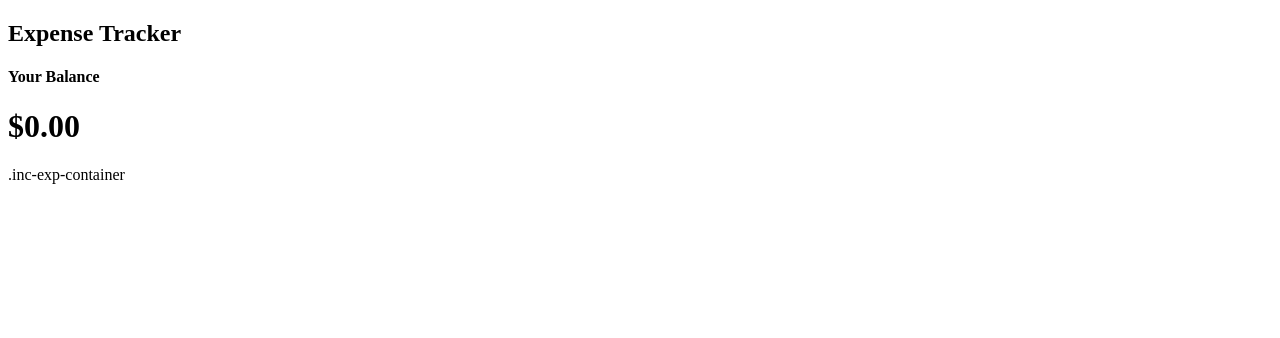
Repository: Youvelop/expenseTracker
Page: index.html
These files come from the project's save history. The page is drawn as it stood at one moment and after the next save; the edit follows.
The browser window is 1280 px wide. The pictures show the whole page.

Above is the page before, as saved 2020-06-30 12:29:38.

After the next save:
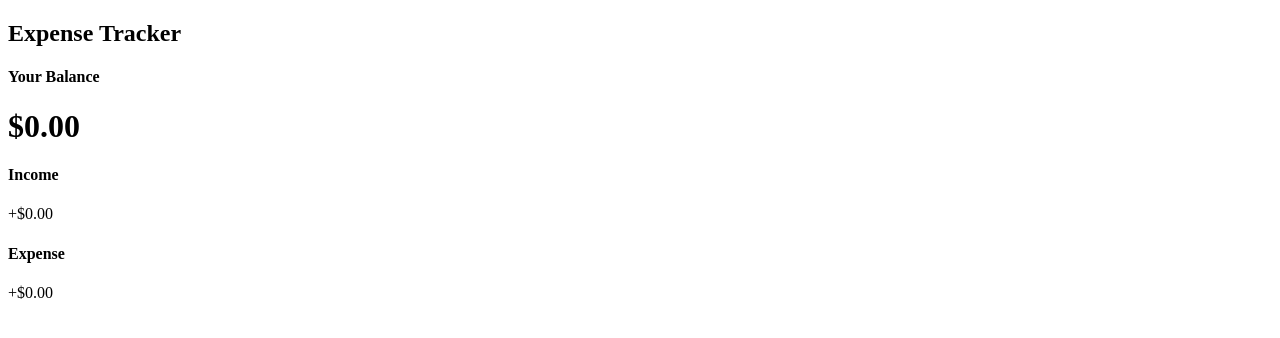
Saved 91 s later.
--- a/index.html
+++ b/index.html
@@ -13,7 +13,16 @@
       <h4>Your Balance</h4>
       <h1 id="balance">$0.00</h1>
 
-      .inc-exp-container
+      <div class="inc-exp-container">
+        <div>
+          <h4>Income</h4>
+          <p id="money-plus" class="money plus">+$0.00</p>
+        </div>
+        <div>
+          <h4>Expense</h4>
+          <p id="money-minus" class="money minus">+$0.00</p>
+        </div>
+      </div>
     </div>
 
     <script src="script.js"></script>
